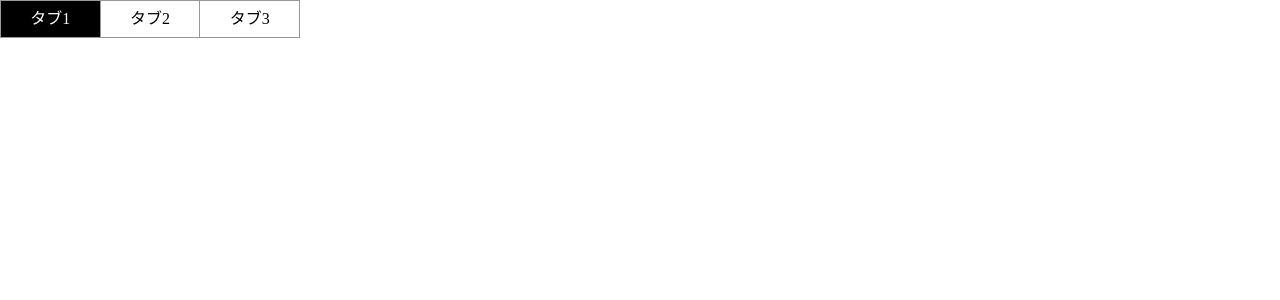
Repository: masanarimiura/20220617_miura
Page: index.html
The author's editor kept a copy of each file at every save. The page is drawn from the files as they stood at one save, then again after the next save.
The browser window is 1280 px wide. The pictures show the whole page.

Above is the page before, as saved 2022-06-17 18:09:58.

After the next save:
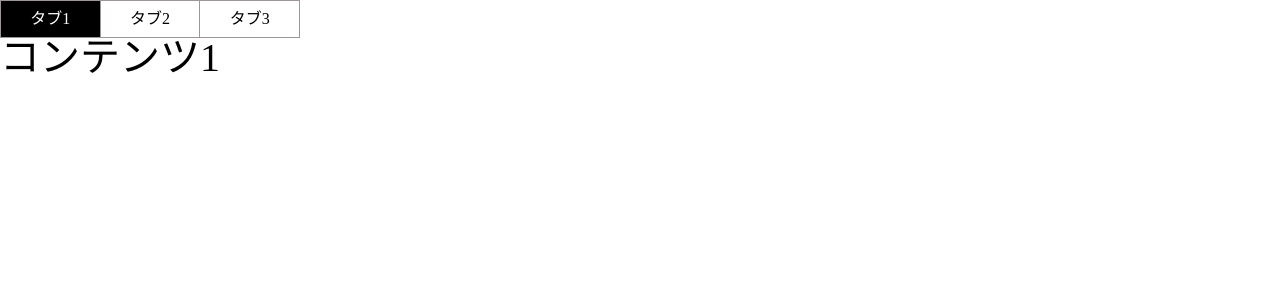
Saved 8 s later.
--- a/index.html
+++ b/index.html
@@ -233,7 +233,7 @@
           tabMenuItem1: 'tabMenuItem active',
           tabMenuItem2: 'tabMenuItem',
           tabMenuItem3: 'tabMenuItem',
-          tabContentItem1: 'tabContentItem',
+          tabContentItem1: 'tabContentItem show',
           tabContentItem2: 'tabContentItem',
           tabContentItem3: 'tabContentItem'
         }
